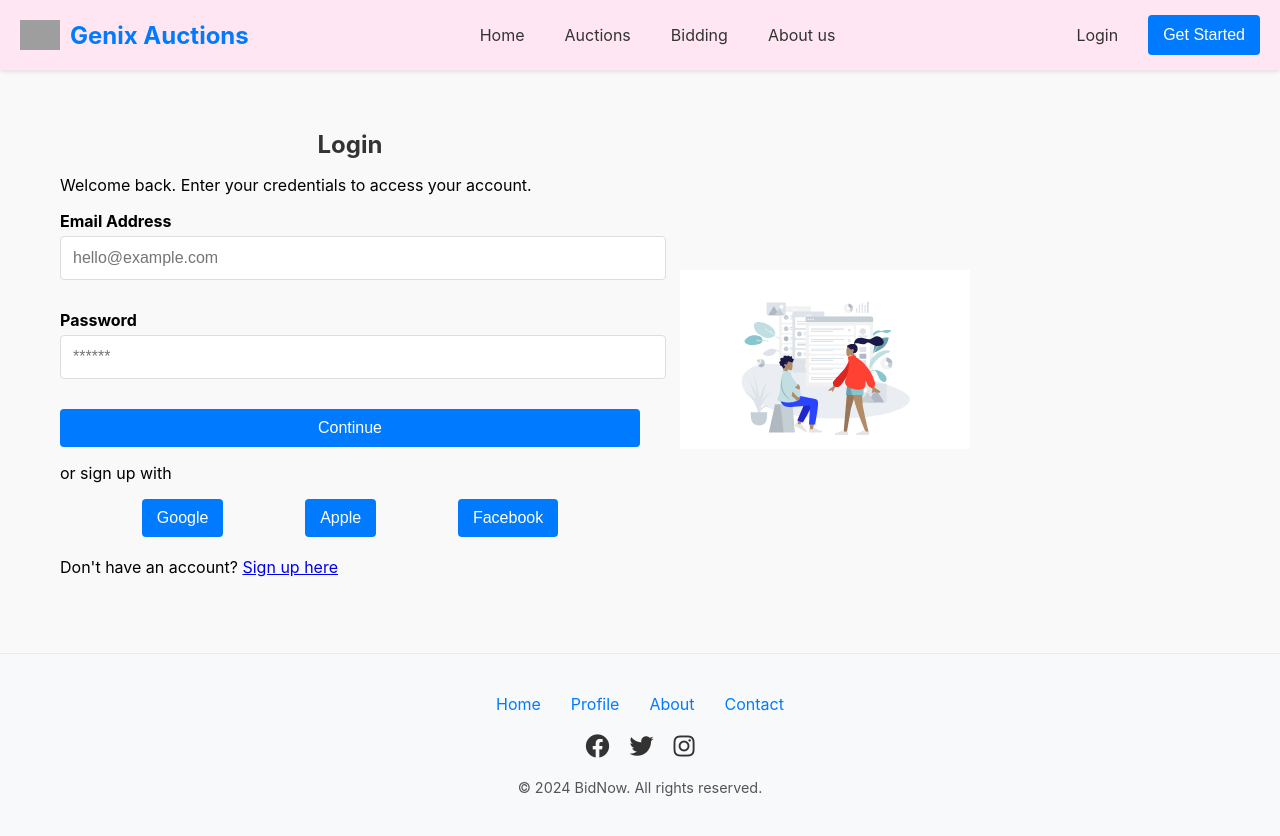
Repository: Manoj-T-V/AuctionBid
Page: /login
An editor plug-in stored every save of this project. The page is shown before and after the next save, followed by the edit.
The browser window is 1280 px wide. The pictures show the whole page.
Pictures or frames that could not be fetched are drawn as grey boxes. The project was rebuilt for these pictures with package versions that can differ from the ones it lists, and the page was loaded fresh each time. Also part of the build but not shown: src/pages/Home.js, src/pages/AuctionItem.js, src/pages/Profile.js, src/styles/Signup.css, src/pages/Register.js, src/components/PrivateRoute.js, src/pages/Welcome.js, src/pages/CreateAuctionItem.js and 3 more.

Above is the page before, as saved 2024-10-19 21:54:35.

### public/index.html
<!DOCTYPE html>
<html lang="en">
  <head>
    <meta charset="utf-8" />
    <link rel="icon" href="%PUBLIC_URL%/favicon.ico" />
    <link rel="stylesheet" href="https://cdnjs.cloudflare.com/ajax/libs/font-awesome/5.15.4/css/all.min.css" />
    <meta name="viewport" content="width=device-width, initial-scale=1" />
    <meta name="theme-color" content="#000000" />
    <meta
      name="description"
      content="Web site created using create-react-app"
    />
    <link rel="apple-touch-icon" href="%PUBLIC_URL%/logo192.png" />
    <!--
      manifest.json provides metadata used when your web app is installed on a
      user's mobile device or desktop. See https://developers.google.com/web/fundamentals/web-app-manifest/
    -->
    <link rel="manifest" href="%PUBLIC_URL%/manifest.json" />
    <!--
      Notice the use of %PUBLIC_URL% in the tags above.
      It will be replaced with the URL of the `public` folder during the build.
      Only files inside the `public` folder can be referenced from the HTML.

      Unlike "/favicon.ico" or "favicon.ico", "%PUBLIC_URL%/favicon.ico" will
      work correctly both with client-side routing and a non-root public URL.
      Learn how to configure a non-root public URL by running `npm run build`.
    -->
    <title>React App</title>
  </head>
  <body>
    <noscript>You need to enable JavaScript to run this app.</noscript>
    <div id="root"></div>
    <!--
      This HTML file is a template.
      If you open it directly in the browser, you will see an empty page.

      You can add webfonts, meta tags, or analytics to this file.
      The build step will place the bundled scripts into the <body> tag.

      To begin the development, run `npm start` or `yarn start`.
      To create a production bundle, use `npm run build` or `yarn build`.
    -->
  </body>
</html>

### src/App.js
import React from 'react';
import { BrowserRouter as Router, Route, Routes } from 'react-router-dom';
import Home from './pages/Home';
import AuctionItem from './pages/AuctionItem';
import Profile from './pages/Profile';
import Register from './pages/Register';
import Login from './pages/Login';
import Navbar from './components/Navbar';
import PrivateRoute from './components/PrivateRoute';
import { createGlobalStyle } from 'styled-components';
import Footer from './components/Footer';
import Welcome from './pages/Welcome';
import AuctionCreate from './pages/CreateAuctionItem.js'
import MyAuctions from './pages/MyAuctions.js';
import AuctionEdit from './pages/MyAuctionEdit.js';
import MyBids from './pages/MyBids.js';

const GlobalStyle = createGlobalStyle`
  body {
    font-family: 'Inter', sans-serif;
    background-color: #F9F9F9;
    margin: 0;
    padding: 0;
    box-sizing: border-box;
  }

  h1, h2, h3, h4, h5, h6 {
    margin: 0;
    font-weight: bold;
    color: #333;
  }

  button {
    background-color: #007BFF;
    color: white;
    border: none;
    border-radius: 4px;
    padding: 10px 15px;
    font-size: 1rem;
    cursor: pointer;
  }

  button:hover {
    background-color: #0056b3;
  }

  input {
    padding: 10px;
    border: 1px solid #DDD;
    border-radius: 4px;
    font-size: 1rem;
    width: 100%;
    margin-bottom: 15px;
  }

  .container {
    max-width: 1200px;
    margin: 0 auto;
    padding: 0 20px;
  }

  .page-title {
    text-align: center;
    margin: 20px 0;
    font-size: 2rem;
    color: #444;
  }
`;

function App() {
  return (
    <Router>
      <GlobalStyle />
      <div>
        <Navbar />
        <Routes>
          <Route path="/" element={<Home />} />
          <Route path="/login" element={<Login />} />
          <Route path="/register" element={<Register />} />
          <Route path="/auction/:id" element={<AuctionItem />} />
          <Route path="/profile" element={<Profile />} />
          <Route path="/welcome" element={<Welcome />} />
          <Route path="/createauction" element={< AuctionCreate />} />
          <Route path="/myauctions" element={< MyAuctions />} />
          <Route path="/auctions/edit/:id" element={<AuctionEdit />} />
          <Route path="/mybids" element={<MyBids />} />
        </Routes>
        <Footer></Footer>
      </div>
    </Router>
  );
}

export default App;

### src/pages/Login.js
import React, { useState } from 'react';
import axios from 'axios';
import { useNavigate } from 'react-router-dom';
import { Link } from 'react-router-dom';
import loginImage from '../assets/login.svg';

import '../styles/Login.css'; // Import the CSS file for styling

const apiUrl = process.env.REACT_APP_API_URL;

function LoginPage() {
  const [email, setEmail] = useState('');
  const [password, setPassword] = useState('');
  const navigate = useNavigate();

  const handleSubmit = async (e) => {
    console.log(apiUrl);
    e.preventDefault();
    try {
      const response = await axios.post(`${apiUrl}/api/auth/login`, { email, password });
      console.log('Login successful:', response.data);
      const token = response.data.token;
      localStorage.setItem('name', response.data.user.name);
      localStorage.setItem('email', response.data.user.email);
      localStorage.setItem('token', token);
      navigate('/');
    } catch (error) {
      console.error("Error while logging in:", error);
    }
  };

  return (
    <div className="login-container">
      <div className="login-wrapper">
        <div className="login-card">
          <h2>Login</h2>
          <p>Welcome back. Enter your credentials to access your account.</p>
          <form onSubmit={handleSubmit}>
            <div className="input-group">
              <label htmlFor="email">Email Address</label>
              <input
                type="email"
                id="email"
                value={email}
                onChange={(e) => setEmail(e.target.value)}
                placeholder="hello@example.com"
                required
              />
            </div>
            <div className="input-group">
              <label htmlFor="password">Password</label>
              <input
                type="password"
                id="password"
                value={password}
                onChange={(e) => setPassword(e.target.value)}
                placeholder="******"
                required
              />
            </div>
            <button type="submit" className="full-width-button">Continue</button>
          </form>
          <p>or sign up with</p>
          <div className="social-login">
            <button className="google-login">Google</button>
            <button className="apple-login">Apple</button>
            <button className="facebook-login">Facebook</button>
          </div>
          <p>Don't have an account? <Link to="/register">Sign up here</Link></p>
        </div>
        <div className="login-image">
          <img src={loginImage} alt="Login illustration" style={{width:'50%'}}/>
        </div>
      </div>
    </div>
  );
}

export default LoginPage;

### src/components/Navbar.js
import React, { useState } from 'react';
import { Link, useNavigate } from 'react-router-dom';
import styled from 'styled-components';
import { FaUserCircle } from 'react-icons/fa'; // Import the user icon

const Nav = styled.nav`
  background-color: #ffe6f2;
  padding: 15px 20px;
  box-shadow: 0 2px 4px rgba(0, 0, 0, 0.1);
  display: flex;
  justify-content: space-between;
  align-items: center;

  .logo {
    font-size: 1.5rem;
    font-weight: bold;
    color: #007BFF;
    display: flex;
    align-items: center;
  }

  .nav-links {
    display: flex;
    gap: 20px;
  }

  a {
    text-decoration: none;
    color: #333;
    font-size: 1rem;
    padding: 10px;
  }

  a:hover {
    color: #007BFF;
  }

  .profile-section {
    position: relative;
  }

  .profile-icon {
    cursor: pointer;
    font-size: 2rem;
  }

  .dropdown {
    position: absolute;
    width: max-content;
    top: 100%;
    right: 0;
    background-color: white;
    box-shadow: 0px 4px 8px rgba(0, 0, 0, 0.1);
    border-radius: 5px;
    display: ${({ showDropdown }) => (showDropdown ? 'block' : 'none')};
    padding: 5px;
  }

  .dropdown a {
    display: block;
    text-decoration: none;
    color: #333;
  }

  .dropdown a:hover {
    background-color: #f0f0f0;
  }
`;

const Navbar = () => {
  const [showDropdown, setShowDropdown] = useState(false);
  const navigate = useNavigate();

  const handleLogout = () => {
    localStorage.removeItem('token');
    navigate('/login');
  };

  const handleRegister = () => {
    navigate('/register');
  };

  const toggleDropdown = () => {
    setShowDropdown(!showDropdown);
  };

  return (
    <Nav showDropdown={showDropdown}>
      <div className="logo">
        <img src="/logo.png" alt="Logo" style={{ height: '30px', marginRight: '10px' }} />
        Genix Auctions
      </div>

      <div className="nav-links">
        <Link to="/">Home</Link>
        <Link to="/auctions">Auctions</Link>
        <Link to="/bidding">Bidding</Link>
        <Link to="/about">About us</Link>
      </div>

      {localStorage.getItem('token') ? (
        <div className="profile-section">
          <FaUserCircle className="profile-icon" onClick={toggleDropdown} />
          <div className="dropdown">
            <Link to="/profile">Profile</Link>
            <Link to="/myauctions">My Auctions</Link>
            <Link to="/mybids">My Bids</Link>
            <Link to="" onClick={handleLogout}>Logout</Link>
          </div>
        </div>
      ) : (
        <div className="nav-links">
          <Link to="/login">Login</Link>
          <button onClick={handleRegister}>Get Started</button>
        </div>
      )}
    </Nav>
  );
};

export default Navbar;

### src/components/Footer.js
import React from 'react';
import styled from 'styled-components';
import { Link } from 'react-router-dom';

const FooterContainer = styled.footer`
  background-color: #f8f9fa;
  padding: 40px 0;
  text-align: center;
  border-top: 1px solid #e9ecef;

  .footer-links {
    display: flex;
    justify-content: center;
    gap: 30px;
    margin-bottom: 20px;
  }

  a {
    text-decoration: none;
    color: #007bff;
    font-size: 1rem;
  }

  a:hover {
    color: #0056b3;
  }

  .social-icons {
    display: flex;
    justify-content: center;
    gap: 20px;
    margin-bottom: 20px;

    i {
      font-size: 1.5rem;
      color: #333;
    }

    i:hover {
      color: #007bff;
    }
  }

  .footer-text {
    color: #555;
    font-size: 0.9rem;
    margin-bottom: 0;
  }
`;

const Footer = () => {
  return (
    <FooterContainer>
      <div className="footer-links">
        <Link to="/">Home</Link>
        <Link to="/profile">Profile</Link>
        <Link to="/about">About</Link>
        <Link to="/contact">Contact</Link>
      </div>

      <div className="social-icons">
        <a href="https://www.facebook.com" target="_blank" rel="noopener noreferrer">
          <i className="fab fa-facebook"></i>
        </a>
        <a href="https://www.twitter.com" target="_blank" rel="noopener noreferrer">
          <i className="fab fa-twitter"></i>
        </a>
        <a href="https://www.instagram.com" target="_blank" rel="noopener noreferrer">
          <i className="fab fa-instagram"></i>
        </a>
      </div>

      <p className="footer-text">&copy; 2024 BidNow. All rights reserved.</p>
    </FooterContainer>
  );
};

export default Footer;

### src/styles/Login.css
.login-container {

  padding: 20px; /* Add padding to the container */
}

.login-card {
  padding: 40px; /* Increase padding within the card */
  width: 50%;
}

.input-group {
  display: flex;
  flex-direction: column;
  margin-bottom: 15px;
}

.input-group label {
  margin-bottom: 5px;
  font-weight: bold;
}

.input-group input {

  padding: 12px; /* Increase padding for input fields */
}

.forgot-password {
  display: block;
  text-align: right;
  margin-top: 5px;
  color: #666;
  font-size: 14px;
}

.checkbox-group {
  display: flex;
  align-items: center;
  margin-bottom: 20px;
}

.checkbox-group input {
  margin-right: 5px;
}

.social-login {
  display: flex;
  justify-content: center;
  margin-bottom: 20px;
  place-content: space-evenly;
}

.login-wrapper {
  display: flex;
  justify-content: space-between;
  align-items: center;
  width: 100%;
}

.full-width-button {
  width: 100%;
}

.login-image{
  width: 50%;
}

### src/styles/Bids.css
.my-bids-container {
    max-width: 800px;
    margin: 20px auto;
    padding: 20px;
    border: 1px solid #ddd;
    border-radius: 8px;
    box-shadow: 0 2px 10px rgba(0, 0, 0, 0.1);
    background-color: #f9f9f9;
  }

  h2 {
    text-align: center;
    color: #333;
  }

  .error-message {
    color: red;
    text-align: center;
    margin-bottom: 15px;
  }

  .bids-table {
    width: 100%;
    border-collapse: collapse;
  }

  .bids-table th,
  .bids-table td {
    padding: 12px 15px;
    text-align: left;
    border: 1px solid #ddd;
  }

  .bids-table th {
    background-color: #4CAF50;
    color: white;
  }

  .bids-table tbody tr:nth-child(even) {
    background-color: #f2f2f2;
  }

  .bids-table tbody tr:hover {
    background-color: #e0e0e0;
  }

  .auction-link {
    text-decoration: none;
    color: #4CAF50;
  }

  .auction-link:hover {
    text-decoration: underline;
  }

Loaded but not shown: src/index.js (common file); src/index.css (common file); src/reportWebVitals.js (common file)

After the next save:
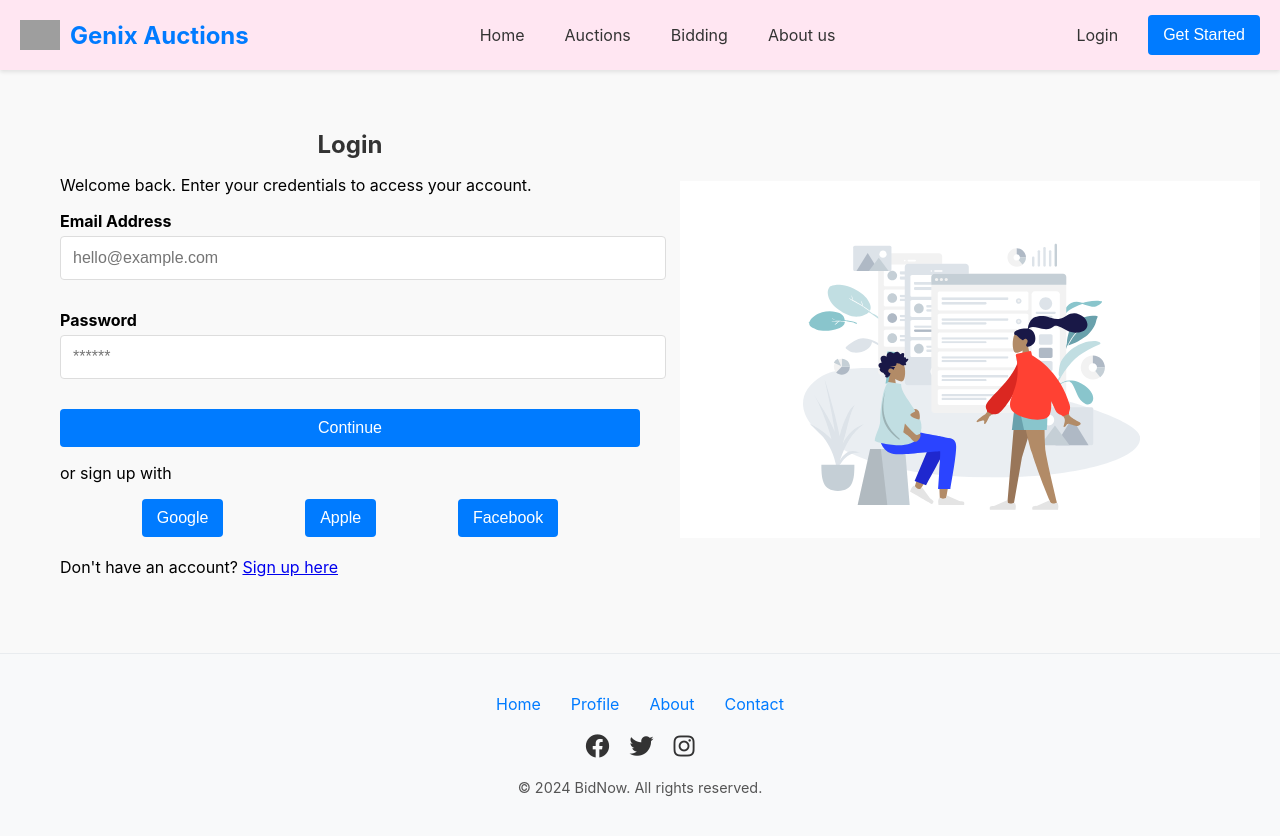
Saved 18 s later.
--- a/src/pages/Login.js
+++ b/src/pages/Login.js
@@ -69,7 +69,7 @@ function LoginPage() {
           <p>Don't have an account? <Link to="/register">Sign up here</Link></p>
         </div>
         <div className="login-image">
-          <img src={loginImage} alt="Login illustration" style={{width:'50%'}}/>
+          <img src={loginImage} alt="Login illustration" style={{width:'100%'}}/>
         </div>
       </div>
     </div>
